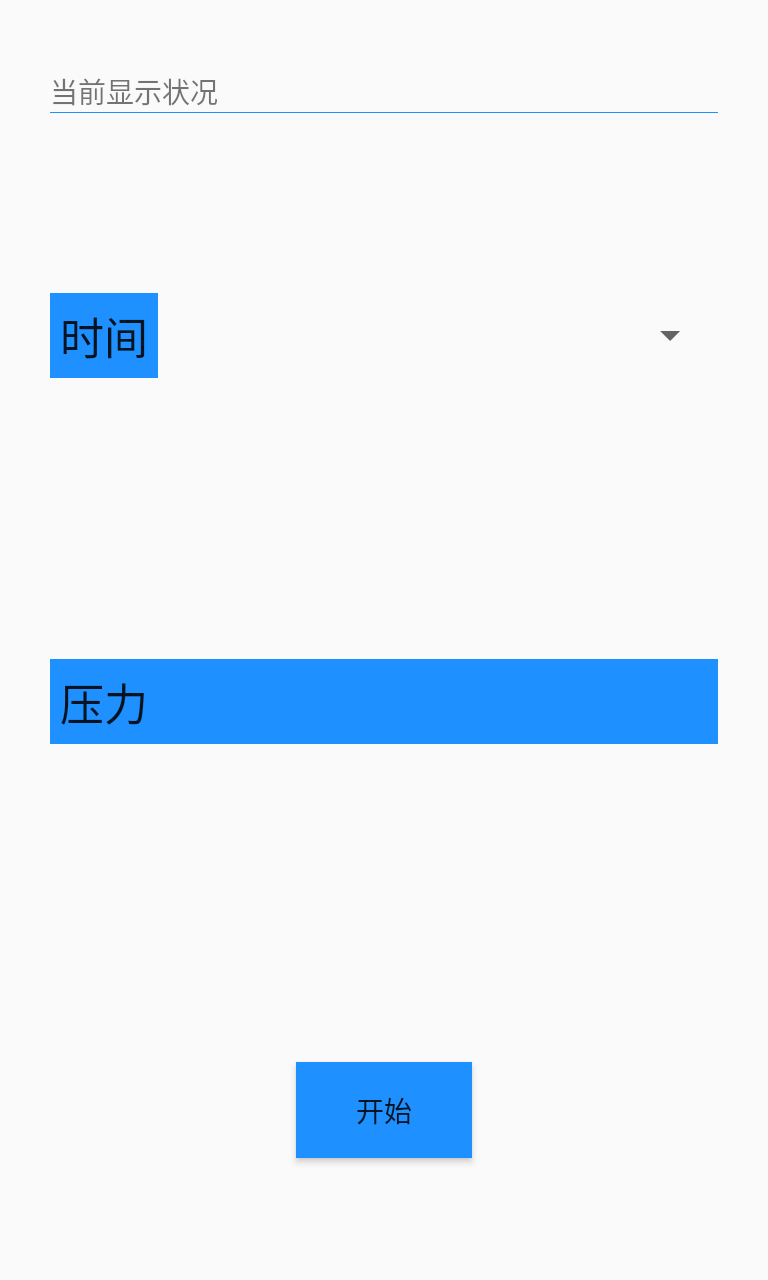
Repository: mimimy/MassagePro
Layout: BLE-Version/MassageTool/res/layout/base_pager.xml
These files come from the project's save history. The layout is drawn as it stood at one moment and after the next save; the edit follows.
It is drawn on a 768 x 1280 px phone screen (xhdpi) without system bars, with theme AppTheme; the app's code is not run.

Above is the layout before, as saved 2018-07-29 04:11:32.

After the next save:
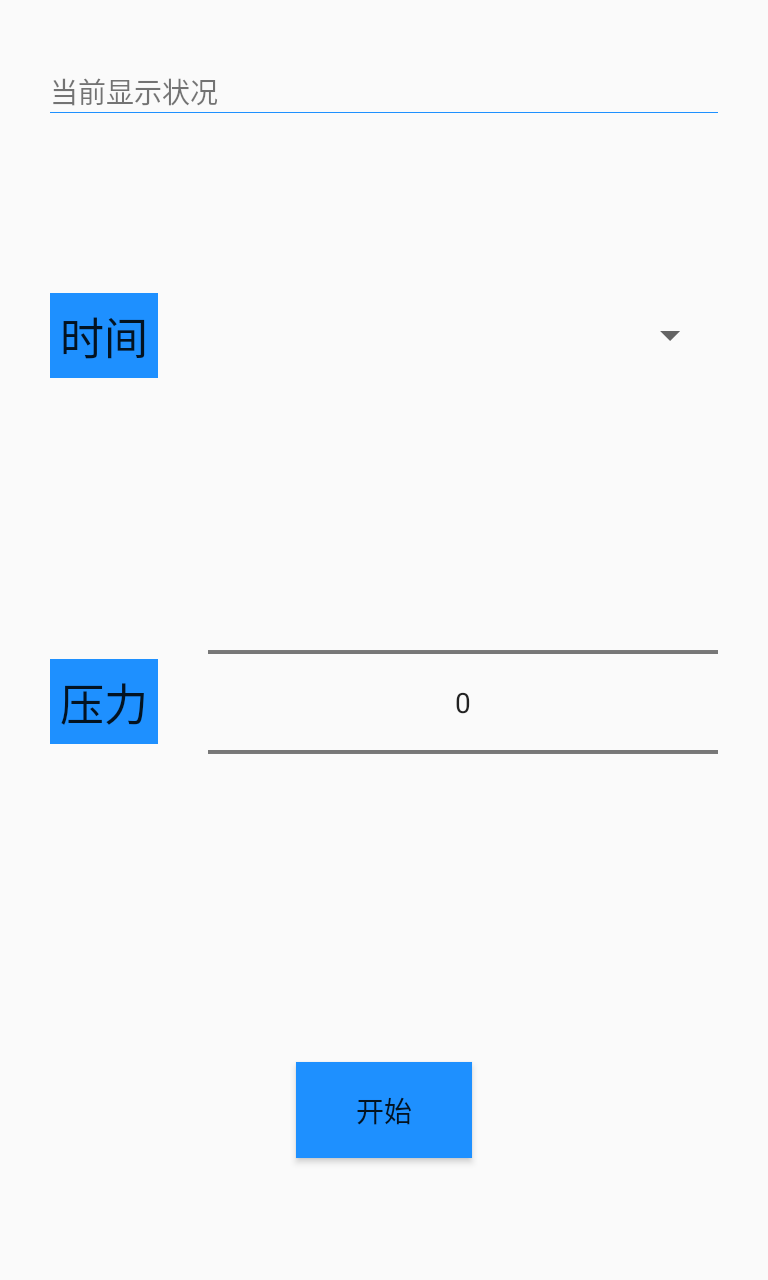
Saved 38 s later.
--- a/BLE-Version/MassageTool/res/layout/base_pager.xml
+++ b/BLE-Version/MassageTool/res/layout/base_pager.xml
@@ -58,7 +58,7 @@
             android:id="@+id/textView3"
             android:background="#1E90FF"
             android:padding="10px"
-            android:layout_width="match_parent"
+            android:layout_width="wrap_content"
             android:layout_height="wrap_content"
             android:textAppearance="?android:attr/textAppearanceLarge"
             android:text="压力" />
@@ -66,7 +66,7 @@
         <NumberPicker
             android:id="@+id/picker_pressure"
             android:layout_marginLeft="50px"
-            android:layout_width="wrap_content"
+            android:layout_width="match_parent"
             android:layout_height="wrap_content" />
     </LinearLayout>
 
